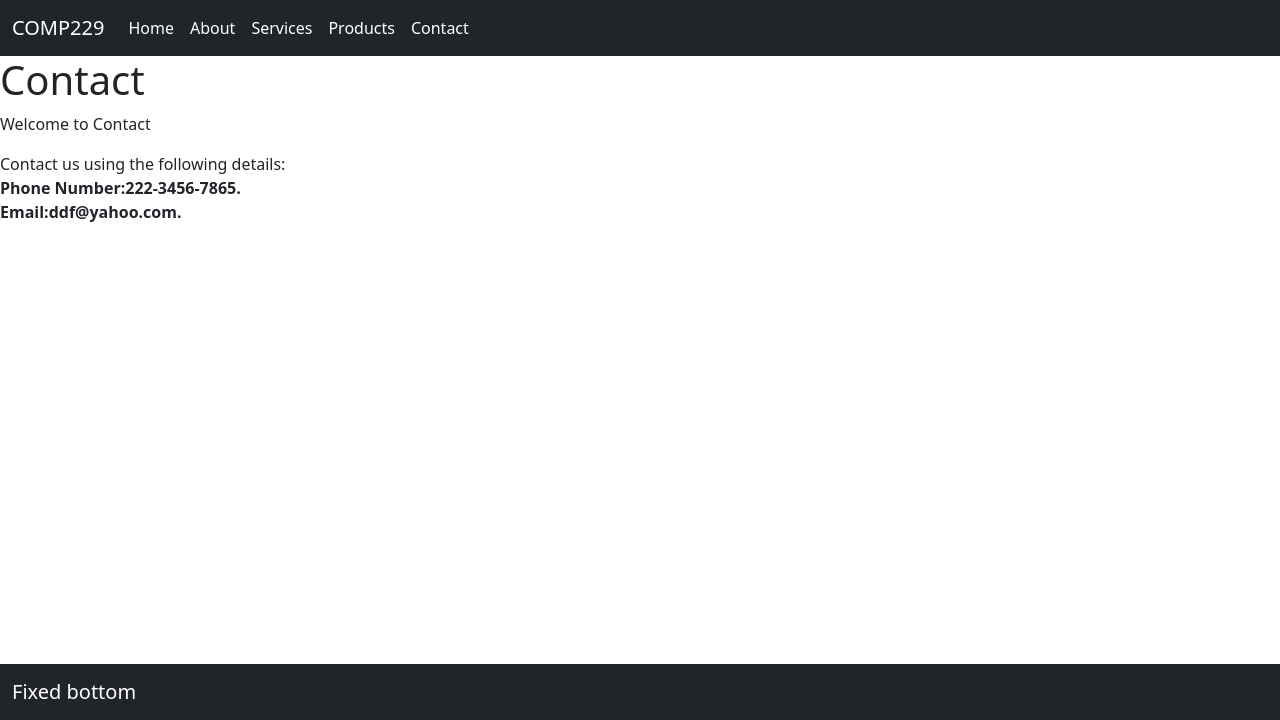
Repository: BlessingAjiboye/WEEJ4JULIO
Page: http://localhost/contact
An editor plug-in stored every save of this project. The page is shown before and after the next save, followed by the edit.
The browser window is 1280 px wide. The pictures show the whole page.
The page is served by the project's Node server (server.js).

Above is the page before, as saved 2022-09-27 17:28:04.

After the next save:
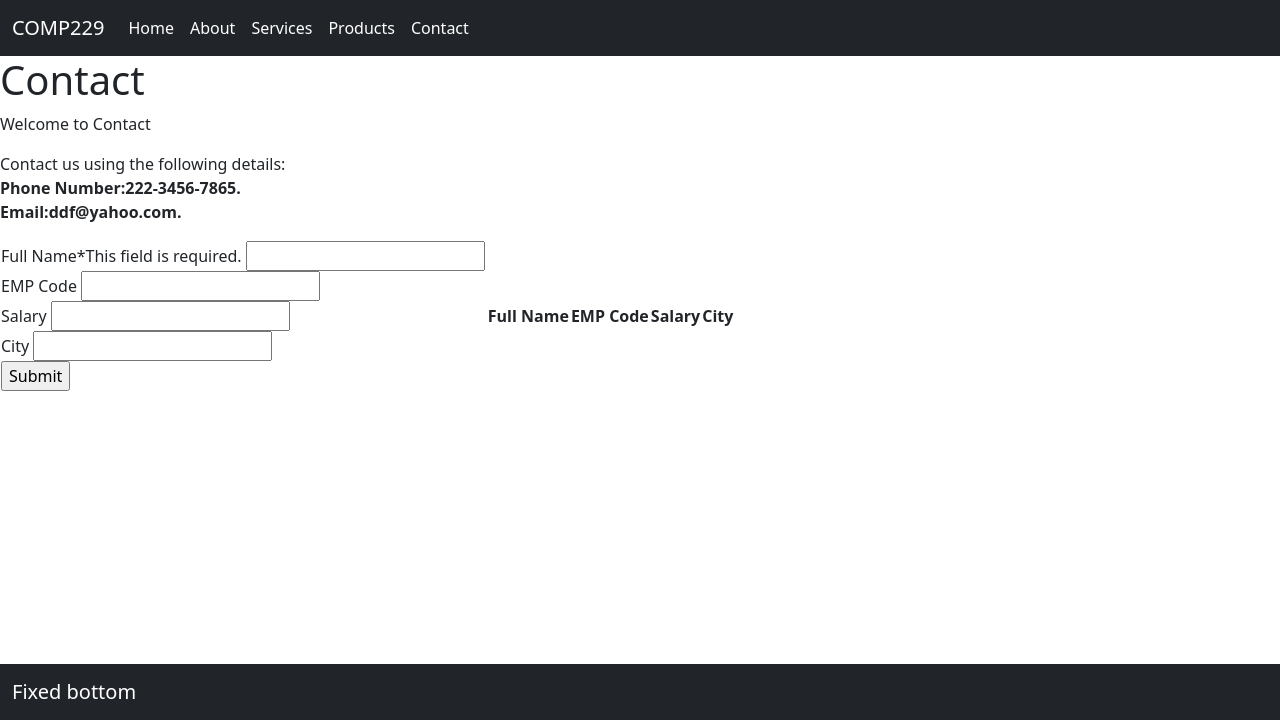
Saved 10 min 35 s later.
--- a/views/Contact.ejs
+++ b/views/Contact.ejs
@@ -6,9 +6,49 @@
   <h1><%= title %></h1>
    <p>Welcome to <%= title %></p>
 <p>Contact us using the following details: <br><b>Phone Number:222-3456-7865. <br>Email:ddf@yahoo.com.</b></p>
-<form>
-   <label for Input>
-   </form>
+<table>
+   <tr>
+       <td>
+           <form onsubmit="event.preventDefault();onFormSubmit();" autocomplete="off">
+               <div>
+                   <label>Full Name*</label><label class="validation-error hide" id="fullNameValidationError">This field is required.</label>
+                   <input type="text" name="fullName" id="fullName">
+               </div>
+               <div>
+                   <label>EMP Code</label>
+                   <input type="text" name="empCode" id="empCode">
+               </div>
+               <div>
+                   <label>Salary</label>
+                   <input type="text" name="salary" id="salary">
+               </div>
+               <div>
+                   <label>City</label>
+                   <input type="text" name="city" id="city">
+               </div>
+               <div  class="form-action-buttons">
+                   <input type="submit" value="Submit">
+               </div>
+           </form>
+       </td>
+       <td>
+           <table class="list" id="employeeList">
+               <thead>
+                   <tr>
+                       <th>Full Name</th>
+                       <th>EMP Code</th>
+                       <th>Salary</th>
+                       <th>City</th>
+                       <th></th>
+                   </tr>
+               </thead>
+               <tbody>
+
+               </tbody>
+           </table>
+       </td>
+   </tr>
+</table>
 
    <%-include partials/bottom_nav.ejs%>
 <%-include partials/footer.ejs%>
